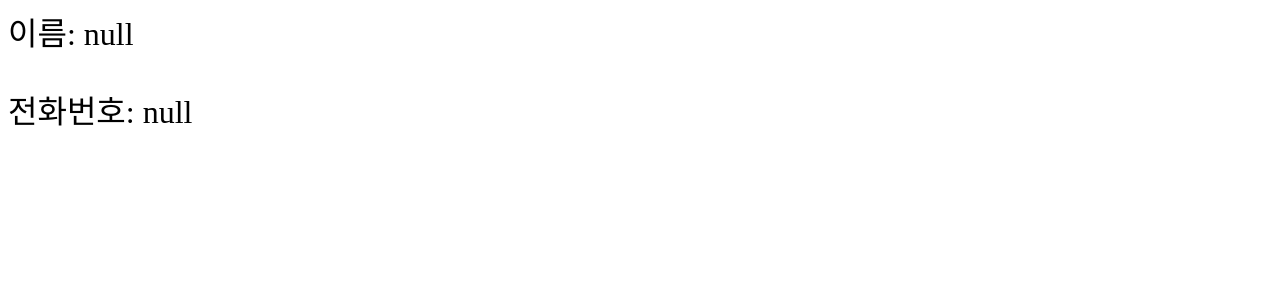
Repository: prawniel99/05_JQuery
Page: http://localhost/jqpro/비동기_XMLRequest/test1.jsp
The author's editor kept a copy of each file at every save. The page is drawn from the files as they stood at one save, then again after the next save.
The browser window is 1280 px wide. The pictures show the whole page.
The page is served by Tomcat 9. Other server files are loaded and not shown.

Above is the page before, as saved 2024-08-22 01:14:34.

### workspace/jqpro/WebContent/비동기_XMLRequest/test1.jsp
<%@ page language="java" contentType="text/html; charset=UTF-8" pageEncoding="UTF-8"%>

<style>
    p {
        font-size: 2.0rem;
    }
</style>

<% // 여기는 back단이고, 여기서 처리한거를 아래 p 있고 저 front 쪽만 보이고 저기에 작업이 보여짐.

	request.setCharacterEncoding("UTF-8");

    // name, tel 입력한(전송) 값 받기
    String userName = request.getParameter("name");
    String userTel = request.getParameter("tel");

    // 전송된 값으로 db연결하여 CRUD 처리를 한다.
    // 처리된 결과를 가지고 응답 페이지를 생성한다 - text, html, xml, json 등으로 생성 가능. 가장 많이 쓰는건 json.

%>

<p>이름: <%= userName %></p>
<p>전화번호: <%= userTel %></p>

After the next save:
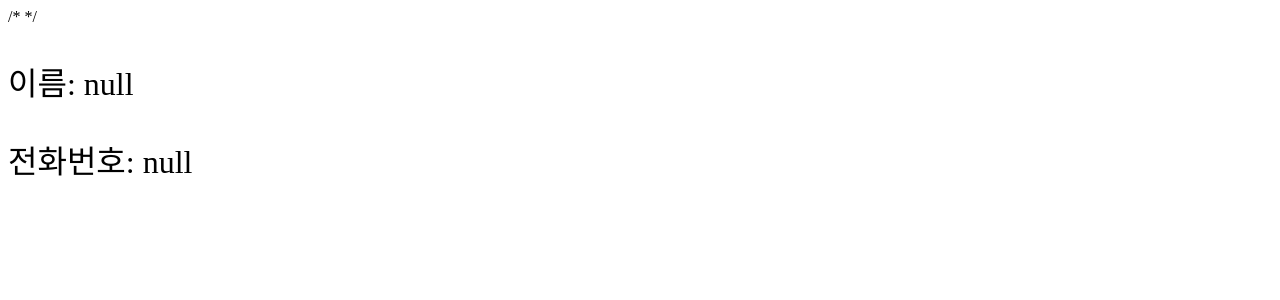
Saved 29 s later.
--- a/workspace/jqpro/WebContent/비동기_XMLRequest/test1.jsp
+++ b/workspace/jqpro/WebContent/비동기_XMLRequest/test1.jsp
@@ -18,6 +18,6 @@
     // 처리된 결과를 가지고 응답 페이지를 생성한다 - text, html, xml, json 등으로 생성 가능. 가장 많이 쓰는건 json.
 
 %>
-
+/* */
 <p>이름: <%= userName %></p>
 <p>전화번호: <%= userTel %></p>

After the save that followed:
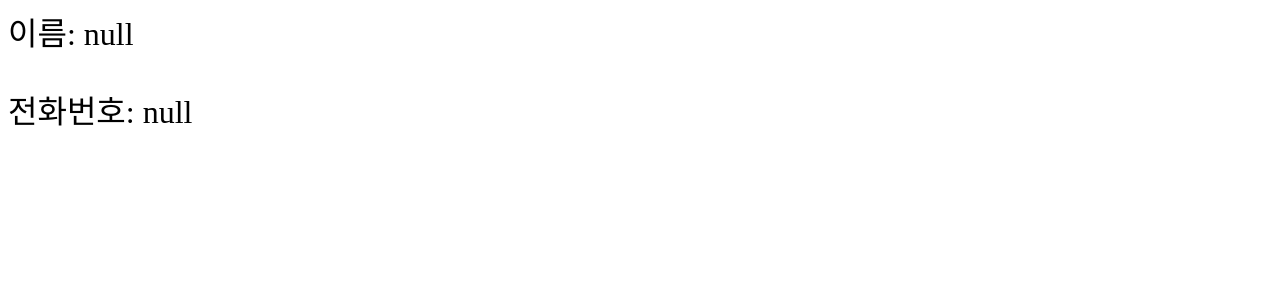
Saved 4 s later.
--- a/workspace/jqpro/WebContent/비동기_XMLRequest/test1.jsp
+++ b/workspace/jqpro/WebContent/비동기_XMLRequest/test1.jsp
@@ -18,6 +18,6 @@
     // 처리된 결과를 가지고 응답 페이지를 생성한다 - text, html, xml, json 등으로 생성 가능. 가장 많이 쓰는건 json.
 
 %>
-/* */
+
 <p>이름: <%= userName %></p>
 <p>전화번호: <%= userTel %></p>
